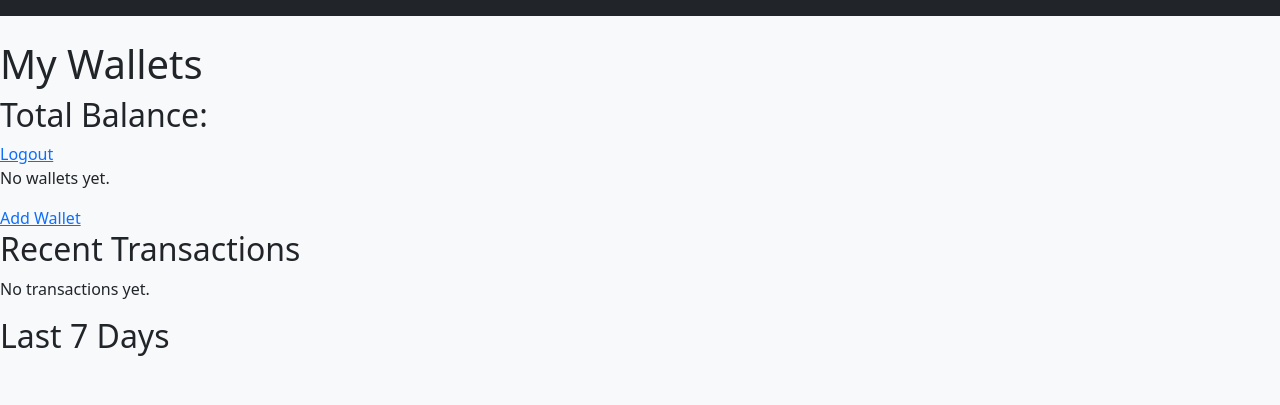
Repository: adtm0/Fined
Page: tracker/templates/tracker/base.html
These files come from the project's save history. The page is drawn as it stood at one moment and after a run of saves; the edit follows.
The browser window is 1280 px wide. The pictures show the whole page.
The template is drawn by Django 4.2. The application's start-up code is not run. Other server files are loaded and not shown. The template is opened directly, without the code that normally fills it, so the values that code supplies are empty.

Above is the page before, as saved 2026-04-28 19:59:41.
Console error: SyntaxError: Unexpected token ','

### tracker/templates/tracker/base.html
<!DOCTYPE html>
<html>
  <head>
    <title>Fined</title>
    <link href="https://cdn.jsdelivr.net/npm/bootstrap@5.3.0/dist/css/bootstrap.min.css" rel="stylesheet">
  </head>
  <body class="bg-light">
    <nav class="navbar navbar-dark bg-dark px-4 mb-4">
      <a>

    </nav>
    <h1>My Wallets</h1>
    <h2>Total Balance: {{ total_balance}}</h2>

    <a href="/logout/">Logout</a>

    {% if wallets %}
      {% for wallet in wallets %}
        <p><a href="/wallet/{{ wallet.id }}/">{{ wallet.name }}</a> - {{ wallet.balance }}</p>
        <a href="/wallet/{{ wallet.id }}/add-transaction/">Add Transaction</a>
        <a href="/wallet/{{ wallet.id }}/edit/">Edit</a>
        <a href="/wallet/{{ wallet.id }}/delete/">Delete</a>
      {% endfor %}
    {% else %}
      <p>No wallets yet.</p>
    {% endif %}

    <a href="/wallet/add/">Add Wallet</a>

      <h2>Recent Transactions</h2>
      {% if recent_transactions %}
        {% for t in recent_transactions %}
          <p>{{ t.date }} - {{ t.wallet.name}} - {{ t.type }} - {{ t.amount }} - {{ t.description }}</p>
        {% endfor %}
      {% else %}
        <p>No transactions yet.</p>
      {% endif %}

    <h2>Last 7 Days</h2>
    <canvas id="chart" width="400" height="200">Canvas</canvas>
    <script src="https://cdn.jsdelivr.net/npm/chart.js"></script>
    <script>
      const ctx = document.getElementById('chart').getContext('2d');
      new Chart(ctx, {
        type: 'bar',
        data: {
          labels: {{ chart_labels|safe }},
          datasets: [
            {
              label:'Income',
              data: {{ chart_income|safe }},
              backgroundColor: 'green',
            },
            {
              label: 'Expense',
              data: {{ chart_expense|safe }},
              backgroundColor: 'red'
            }
          ]
        }
      });
    </script>
  </body>
</html>

After the next 2 saves:
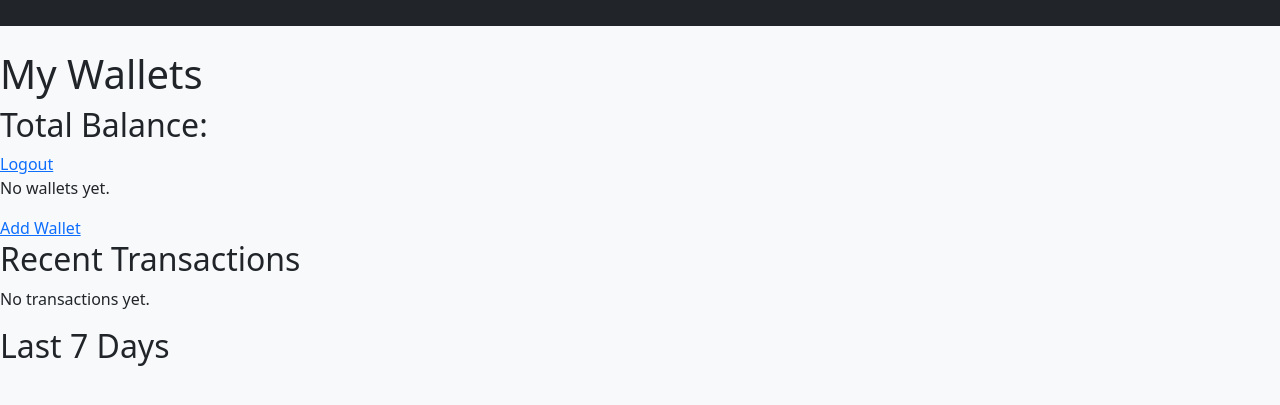
The 2 saves are shown as one change because they came seconds apart.
The last was saved 10 s later.
--- a/tracker/templates/tracker/base.html
+++ b/tracker/templates/tracker/base.html
@@ -6,7 +6,7 @@
   </head>
   <body class="bg-light">
     <nav class="navbar navbar-dark bg-dark px-4 mb-4">
-      <a>
+      <a class="navbar-brand">
 
     </nav>
     <h1>My Wallets</h1>
